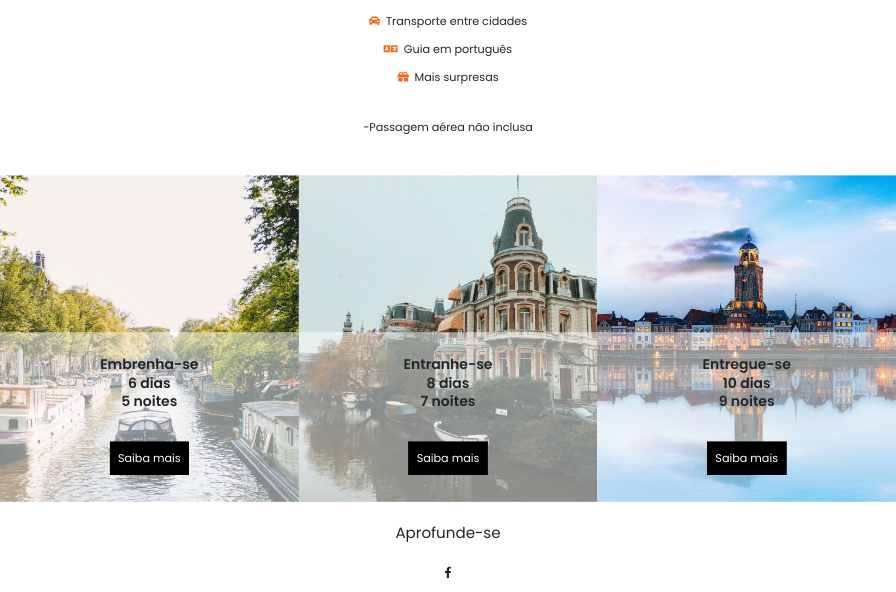
Repository: yurirech/aprofunde-se
Page: /packages
These files come from the project's save history. The page is drawn as it stood at one moment and after a run of saves; the edit follows.
The browser window is 1280 px wide. The pictures show the part of the page from y = 732 to 2652 px (the page is 1578 px tall before and 5237 px after), at 70% of full size.
Some web libraries are served in a nearby version. The project was rebuilt for these pictures with package versions that can differ from the ones it lists, and the page was loaded fresh each time. Also part of the build but not shown: src/pages/Home/home-header/home-header.styles.js, src/pages/Home/home-header/home-header.component.jsx, src/pages/Home/home.data.js, src/pages/Home/home.styles.js, src/components/SharedComponents/CarouselWithArrows/CarouselWithArrowsStyled.js, src/components/SharedComponents/CarouselWithArrows/CarouselWithArrows.jsx, src/pages/Home/tour-card/tour-card.styles.js, src/pages/Home/tour-card/tour-card.component.jsx and 21 more.

Above is the page before, as saved 2020-06-17 18:03:35.

After the next 2 saves:
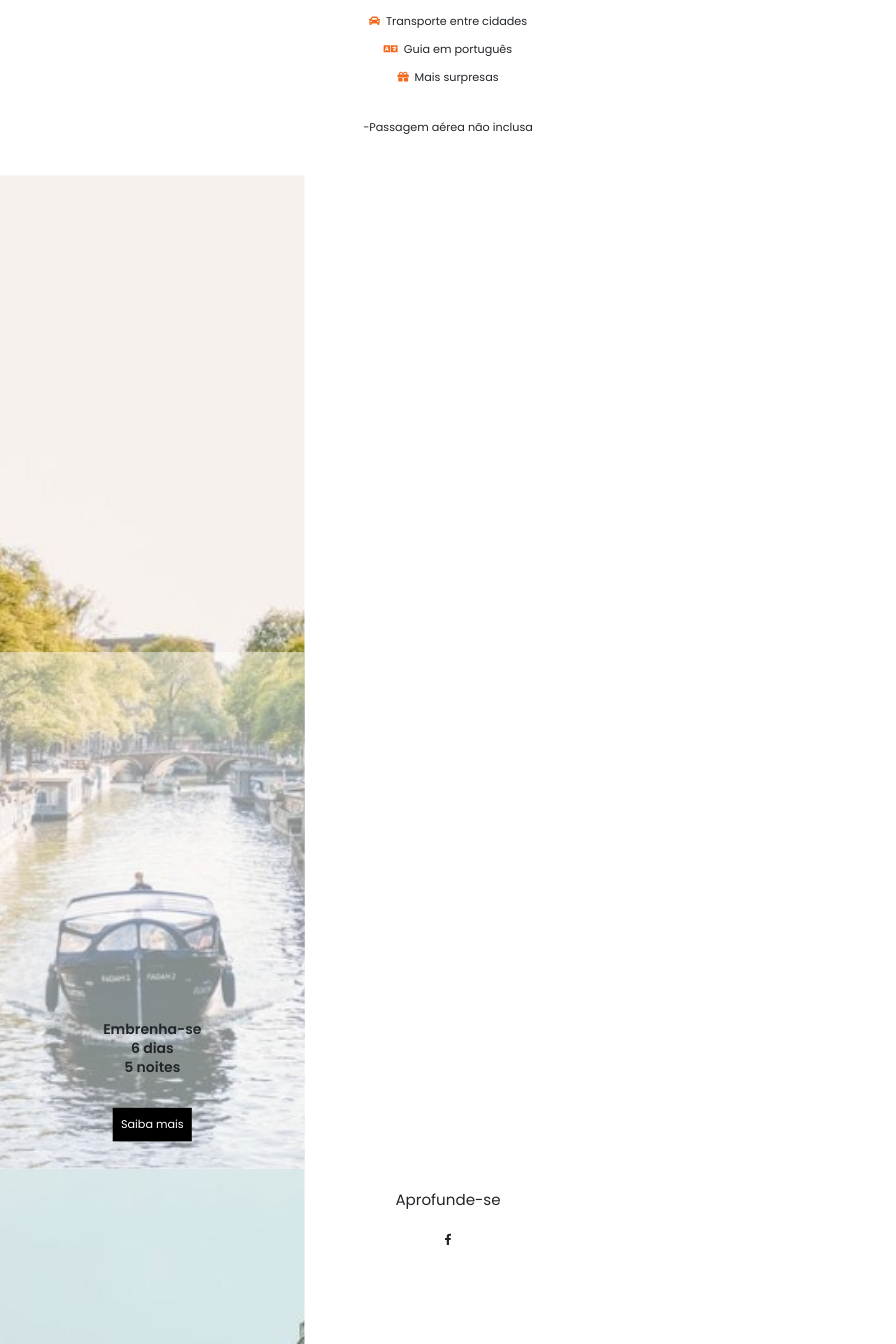
The 2 saves are shown as one change because they came seconds apart.
The last was saved 22 s later.
--- a/src/components/custom-card-with-background/custom-card-with-background.component.jsx
+++ b/src/components/custom-card-with-background/custom-card-with-background.component.jsx
@@ -10,7 +10,6 @@ import Button from '../SharedComponents/button/button.component';
 
 const CustomCardWithBackground = ({cards}) => (
   <Container>
-    <FlexContainer margin='0' justify='center' alignMd='center' columnMd>
       {
         cards.map(card => (
           <ImageExtended bg={card.image} width='34%' key={uuid()}>
@@ -24,7 +23,6 @@ const CustomCardWithBackground = ({cards}) => (
           </ImageExtended>
         ))
       }
-    </FlexContainer>
   </Container>
 );
 
